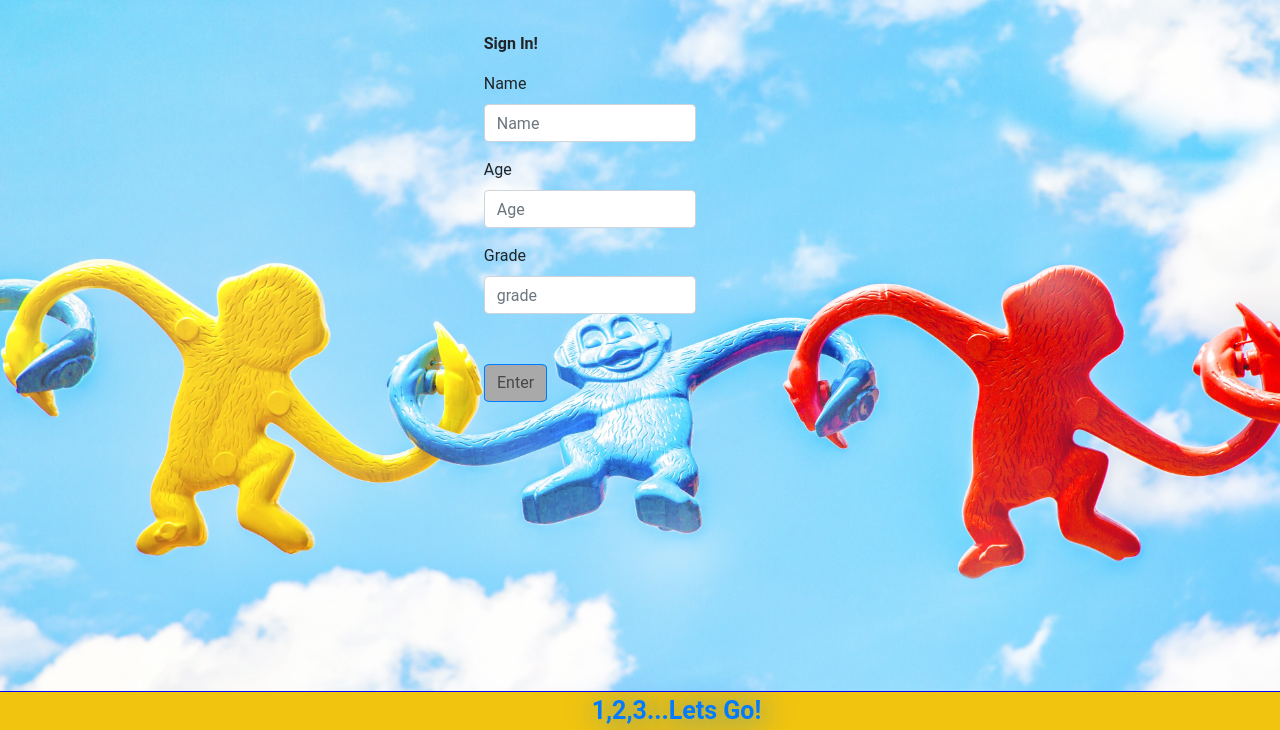
Repository: hanihassan1/Riddle-Game
Page: http://localhost/
The author's editor kept a record of every edit. The page is drawn from the files as they stood at one moment, then again after the next edit.
The browser window is 1280 px wide. The pictures show the whole page.
Some web fonts or font styles are not loaded; a fallback is used. Some web libraries are served in a nearby version. The page is served by the project's application, run on Flask 3 (run.py).

Above is the page before.

### templates/index.html
{% extends 'base.html' %}
 {% block head %}
<script src="{{ url_for('static', filename='main.js')  }}"></script>
{% endblock %}

{% block content %}



    {% with messages = get_flashed_messages() %}
    {% if messages %}
    {% for message in messages %}


<script type="text/javascript">
    window.location.href = "{{url_for('jk_sk_ans') }}" + "?username=" + localStorage.getItem("username")
</script>
    {% endfor %}
    {% endif %}
    {% endwith %}

<div class="container-fluid sect">
    <div class="row no-gutters">
<div class="col-lg-3 col-md-8 mx-auto form-edit">
            <p><b>Sign In!</b></p>

            <form method="POST" name="sentMessage" id="contactForm" novalidate>
                <div class="control-group">
                    <div class="form-group floating-label-form-group controls">
                        <label>Name</label>
                        <input name="name" onfocusout="save_name()" type="text" class="form-control" placeholder="Name" id="name" required data-validation-required-message="Please enter your name.">
                        <p class="help-block text-danger"></p>
                    </div>
                </div>

                <div class="control-group">
                    <div class="form-group col-xs-12 floating-label-form-group controls">
                        <label>Age</label>
                        <input name="age" type="age" class="form-control" placeholder="Age" id="age" required data-validation-required-message="Please enter your age.">
                        <p class="help-block text-danger"></p>
                    </div>
                </div>
                <div class="control-group">
                    <div class="form-group floating-label-form-group controls">
                        <label>Grade</label>
                        <input name="grade" type="grade" class="form-control" placeholder="grade" id="grade" required data-validation-required-message="Please enter your grade.">
                        <p class="help-block text-danger"></p>
                    </div>
                </div>
                <br>
                <div id="success"></div>
                <div class="form-group">
                    <button type="submit" class="btn btn-primary hvr-push" id="sendMessageButton1">Enter</button>
                </div>
            </form>
        </div>
        </div>
        </div>




{% endblock %}

### templates/base.html
<!DOCTYPE html>
<html lang="en">

<head>
    <meta charset="UTF-8">
    <meta name="viewport" content="width=device-width, initial-scale=1.0">
    <meta http-equiv="X-UA-Compatible" content="ie=edge">
    <meta name="description" content="">
    <meta name="author" content="">

    <title>{{title}}</title>
    <link rel="stylesheet" href="https://stackpath.bootstrapcdn.com/bootstrap/4.3.1/css/bootstrap.min.css" integrity="sha384-ggOyR0iXCbMQv3Xipma34MD+dH/1fQ784/j6cY/iJTQUOhcWr7x9JvoRxT2MZw1T" crossorigin="anonymous">
    <script src="https://code.jquery.com/jquery-3.3.1.slim.min.js" integrity="sha384-q8i/X+965DzO0rT7abK41JStQIAqVgRVzpbzo5smXKp4YfRvH+8abtTE1Pi6jizo" crossorigin="anonymous"></script>
    <script src="https://cdnjs.cloudflare.com/ajax/libs/popper.js/1.14.7/umd/popper.min.js" integrity="sha384-UO2eT0CpHqdSJQ6hJty5KVphtPhzWj9WO1clHTMGa3JDZwrnQq4sF86dIHNDz0W1" crossorigin="anonymous"></script>
    <script src="https://stackpath.bootstrapcdn.com/bootstrap/4.3.1/js/bootstrap.min.js" integrity="sha384-JjSmVgyd0p3pXB1rRibZUAYoIIy6OrQ6VrjIEaFf/nJGzIxFDsf4x0xIM+B07jRM" crossorigin="anonymous"></script>
    <link rel="stylesheet" href="https://cdnjs.cloudflare.com/ajax/libs/font-awesome/4.7.0/css/font-awesome.min.css">

<link rel="stylesheet" href="https://use.fontawesome.com/releases/v5.8.2/css/all.css" integrity="sha384-oS3vJWv+0UjzBfQzYUhtDYW+Pj2yciDJxpsK1OYPAYjqT085Qq/1cq5FLXAZQ7Ay" crossorigin="anonymous">



    <link href="{{ url_for('static', filename='css/style.css')  }}" rel="stylesheet" type="text/css">
    <link rel="stylesheet" href="https://cdnjs.cloudflare.com/ajax/libs/hover.css/2.3.1/css/hover.css" />
    {% block head %} {% endblock %}
</head>

<body>


        {% block content %} {% endblock %}

<!--/*--------------------------------------------footer*/-->
    <footer>
        <div class="container-fluid">
            <div class="row foot-edit">
                <div class="col-md-4"></div>
                <div class="col-md-4"><strong><a class="footer-name" href="{{url_for('index') }}">1,2,3...Lets Go!</a></strong></div>
                <div class="col-md-4"></div>
            </div>
        </div>
    </footer>

    <script src="{{ url_for('static', filename='main.js')  }}"></script>
</body>

</html>

### run.py
import os
from flask import Flask,render_template, request, flash, jsonify
import json
import random
import numpy



app = Flask(__name__)
app.secret_key = "its_secure"

@app.route('/', methods=["GET", "POST"])
def index():
     if request.method=="POST":
        print(request.form)
        file= open("user_info.txt", "a")
        file.write("Name:{},Age:{},Grade:{}\n"
                  .format(request.form['name'],request.form['age'],
                  request.form['grade']))
        file.close()
        flash(" Hello {}, Welcome! Let's get started. Choose a grade."
        .format(request.form['name']))
     return render_template("index.html", title = "Home Page")



@app.route('/jk_sk/', methods=["GET", "POST"])
def jk_sk_ans():
    args = request.args
    username = args['username']
    return render_template("jk_sk.html", user=username)


@app.route('/get_score/api/v1/', methods=["GET", "POST"])
def user_score():
    my_arg = request.args
    post_name = my_arg['name']
    post_score = my_arg['score']
    file_score = open("user_scores.txt", "a")
    file_score.write(post_name + "\n" + post_score + "\n")
    file_score.close()

    return jsonify("true")



@app.route('/checkans/api/v1/', methods=['GET'])
def que_ans():
    my_arg = request.args
    check_ques = my_arg['question']
    check_ans = my_arg['answer']
    check_category = my_arg['category']
    if check_category == "jk_sk":
        file_name = "data/jk_sk.json"
    if check_category == "1-2":
        file_name = "data/one_two.json"
    if check_category == "3-4":
        file_name = "data/three_four.json"
    if check_category == "5":
        file_name = "data/five.json"
    print(file_name, check_category)
    file = open(file_name, "r")
    file_data = file.read()
    file_data = json.loads(file_data)
    print(file_data)
    for items in file_data:
        if (items['question'].rstrip() == check_ques.rstrip().replace('"', '')):
            if items['answer'] == check_ans:
                return jsonify(True)
            else:
                return jsonify(False)

@app.route('/get_question/api/v1/', methods=['GET'])
def get_question():
    my_arg = request.args
    check_ans = my_arg['category']
    if check_ans == "jk_sk":
        file_name = "data/jk_sk.json"
    if check_ans == "1-2":
        file_name = "data/one_two.json"
    if check_ans == "3-4":
        file_name = "data/three_four.json"
    if check_ans == "5":
        file_name = "data/five.json"
    file = open(file_name, "r")
    all_questions = json.loads(file.read())
    random_number = random.randint(0, len(all_questions) - 1)
    ask_question = all_questions[random_number]["question"]
    return jsonify(ask_question)


@app.route('/leadership')
def leadership():
    file = open("user_scores.txt", "r")
    score_data = file.readlines()
    username = []
    score = []
    final_user_list = []
    file.close()
    for i in range(0, len(score_data)):
        if i % 2 == 0:
            username.append(score_data[i].replace('\n',''))
        else:
            score.append(int(score_data[i].replace('\n','')))
    score_index_before_sort = numpy.argsort(score)
    for index in score_index_before_sort:
        final_user_list.append(username[index])
    score = sorted(score)
    if len(score) > 10:
        score = score[-10:]
        final_user_list = final_user_list[-10:]
    return render_template("leadership.html", title = "Leadership Board Page", username =final_user_list , score = score)



@app.route('/jk_sk')
def jk_sk():
    return render_template("jk_sk.html", title = "Jk/Sk Page")


@app.route('/one_two')
def one_two():
    return render_template("one_two.html", title = "Grades: 1 / 2 Page")

@app.route('/three_four')
def three_four():
    return render_template("three_four.html", title = "Grades: 3 / 4 Page")

@app.route('/five')
def five():
    return render_template("five.html", title = "Grade: 5  Page")


@app.route('/check_answer/', methods=["GET"])
def check_answer():
    my_arg = request.args
    question = my_arg['question']
    answers = my_arg['answer']
    answer_return = ""
    with open("data/jk_sk.json", 'r') as file1:
        answer_file = json.load(file1)
    for answer in answer_file:
        print(answer)
        if answer['question'] == question:
            if answer['answer'] == answers:
                answer_return = "True"
            else:
                answer_return = "False"
    return jsonify({'result':answer_return})


if __name__ == '__main__':
    app.run(host=os.environ.get('IP'),
    port=int(os.environ.get('PORT')),
    debug=False)

### static/css/style.css
/*--------------------------------------------fonts*/
@import url('https://fonts.googleapis.com/css?family=Varela+Round:100,200,300,400,500,600,700|EXO:100,200,300,400,500,600,700');
@import url('https://fonts.googleapis.com/css?family=Cantarell:700i:100,200,300,400,500,600,700|EXO:100,200,300,400,500,600,700');
/*--------------------------------------------body & html styles*/
body {
    font-family: 'Varela Round', sans-serif;
    height: 100%;
    background-image: url(../images/park-troopers-RAtKWVlfdf4-unsplash.jpg);
    background-position: center;
    background-repeat: no-repeat;
    background-size: cover;
    font-family: 'Roboto', sans-serif;
    padding: 0;
    margin: 0;

}

.hide {
    display: none !important;
}


a {
    text-decoration: none !important;
}

html {
 scroll-behavior: smooth;
}


small {
  font-size: 12px;
  color: rgba(0, 0, 0, 0.4);
}

h1 {
  text-align: center;
  padding: 50px 0;
  font-weight: 800;
  margin: 0;
  letter-spacing: -1px;
  color: inherit;
  font-size: 40px;
}



h2 {
  text-align: center;
  font-size: 30px;
  margin: 0;
  font-weight: 300;
  color: inherit;
  padding: 50px;
}

.center {
  text-align: center;
}



section {
  height: 100vh;
}

/*--------------------------------------------index--form &logo*/
#logoOne  {
  border-radius: 15%;
  opacity: .6;
}

.game_name {
  text-align:center;
     padding-bottom: 25px;

}

.signin  {
  color:#007bff;

}


/*--------------------------------------------nav & Question card*/

@media only screen and (max-width: 480px) {
    body {
          max-width: 480px;
    }
    .card_row   {
          font-size:14px!important;
    }
}

.active {
  background-color:#F1C40F;
}


nav {
  width: 80%;
  margin: 0 auto;
  background: #fff;
  padding: 50px 0;
  box-shadow: 0px 5px 0px #dedede;
}

nav ul {
  list-style: none;
  text-align: center;
}
nav ul li {
  display: inline-block;
}
nav ul li a {
  display: block;
  padding: 15px;
  text-decoration: none;
  color: #aaa;
  font-weight: 800;
  text-transform: uppercase;
  margin: 0 10px;
}
nav ul li a,
nav ul li a:after,
nav ul li a:before {
  transition: all .5s;
}
nav ul li a:hover {
  color: #555;
}

nav.shift ul li a {
  position:relative;
  z-index: 1;
}
nav.shift ul li a:hover {
  color: #91640F;
}
nav.shift ul li a:after {
  display: block;
  position: absolute;
  top: 0;
  left: 0;
  bottom: 0;
  right: 0;
  margin: auto;
  width: 100%;
  height: 1px;
  content: '.';
  color: transparent;
  background: #F1C40F;
  visibility: none;
  opacity: 0;
  z-index: -1;
}
nav.shift ul li a:hover:after {
  opacity: 1;
  visibility: visible;
  height: 100%;
}

#nav_catog  {
  background: #f1c40f;
  color: rgba(0, 0, 0, 0.5);

}

#sendMessageButton1     {
    opacity: 9;
     background-color: #A9A9A9;
    border-radius: 10%;
    color: #484848;
}
.sect  {
      height: 96vh;

}
.form-edit  {
  padding-top:20px;

}


.form-control {

     width: 68%!important;

}
.btn {
 margin-top:10px;
}
.form-edit {
  height:75%;
   padding-top: 32px;

}


/*--------------------------------------------nav & Question card*/

@media only screen and (max-width: 1024px) {
    body {
          max-width: 10248px;
    }
    .foot-edit {
          display: none
    }
}


.footer-name {
  text-align:center;
  padding-left:150px;
  font-size:25px;
  text-shadow: 2px 2px 30px #007bff;

}


.foot-edit  {
  border-top:1px solid blue;
  background: #F1C40F
}

/*--------------------------------------------Leadership page*/

.lead-head  {
  text-align:center;
  font-size:30px;
   color:#007bff;
   font-weight: 700;
   font-family: 'Varela Round', sans-serif;
    text-decoration: underline;
}

.lead-backg {
     height: 77vh;
}


.table {
  width: 500px;
  padding-right: 10%;
  font-size:20px;
}

.lead-homebt {
 font-size:30px;
 padding-bottom:50px;

 font-family: 'Varela Round', sans-serif;

}

.newgame {
   background-color: #16D540!important;
   color:white;
}
.fas  {
  color:orange!important;
  font-size:40px;
}
.fa-medal  {
  font-size:20px!important;
}

.winner  {
  color:#16D540;
}

### static/main.js
$("#incorrect").on("click", function() {
    // $(".prog-result").html("");
    $('#incorrect').trigger('focus')
    $("ul").html("");
    $("#progress").addClass("hide");
    totaLtime = 0;
});

function save_name(){
    username = $("#name").val();
    localStorage.setItem("username", username)
}


var inputs = $("form#contactForm input, form#contactForm textarea");

var validateInputs = function validateInputs(inputs) {
  var validForm = true;
  inputs.each(function(index) {
    var input = $(this);
    if (!input.val() || (input.type === "grade" && !input.is(':checked'))) {
      $("#sendMessageButton1").attr("disabled", "disabled");
      validForm = false;
    }
  });
  return validForm;
}


inputs.each(function() {
  var input = $(this);
  if (input.type === "grade") {
    input.change(function() {
      if (validateInputs(inputs)) {
        $("#sendMessageButton1").removeAttr("disabled");
      }
    });
  } else {
    input.keyup(function() {
      if (validateInputs(inputs)) {
        $("#sendMessageButton1").removeAttr("disabled");
      }
    });
  }
});





















// function req_data(answers) {
//   var xhttp = new XMLHttpRequest();
//   xhttp.onreadystatechange = function() {
//     if (this.readyState == 4 && this.status == 200) {
//       document.getElementById("answer").innerHTML = this.responseText;
//       myResponse = JSON.parse(this.responseText);
//         if ((myResponse.results) == True) {
//     }
//     else {
//       return false
//     }
//   };
//   xhttp.open("GET", "{{url_for('get_question') }}" + "?question=" + "answers" + answers  , true);
//   xhttp.send();
// }
// }


// $("#answerId").on("click", function() {

//     req_data($("#answer_box").val());

// });

After the next edit:
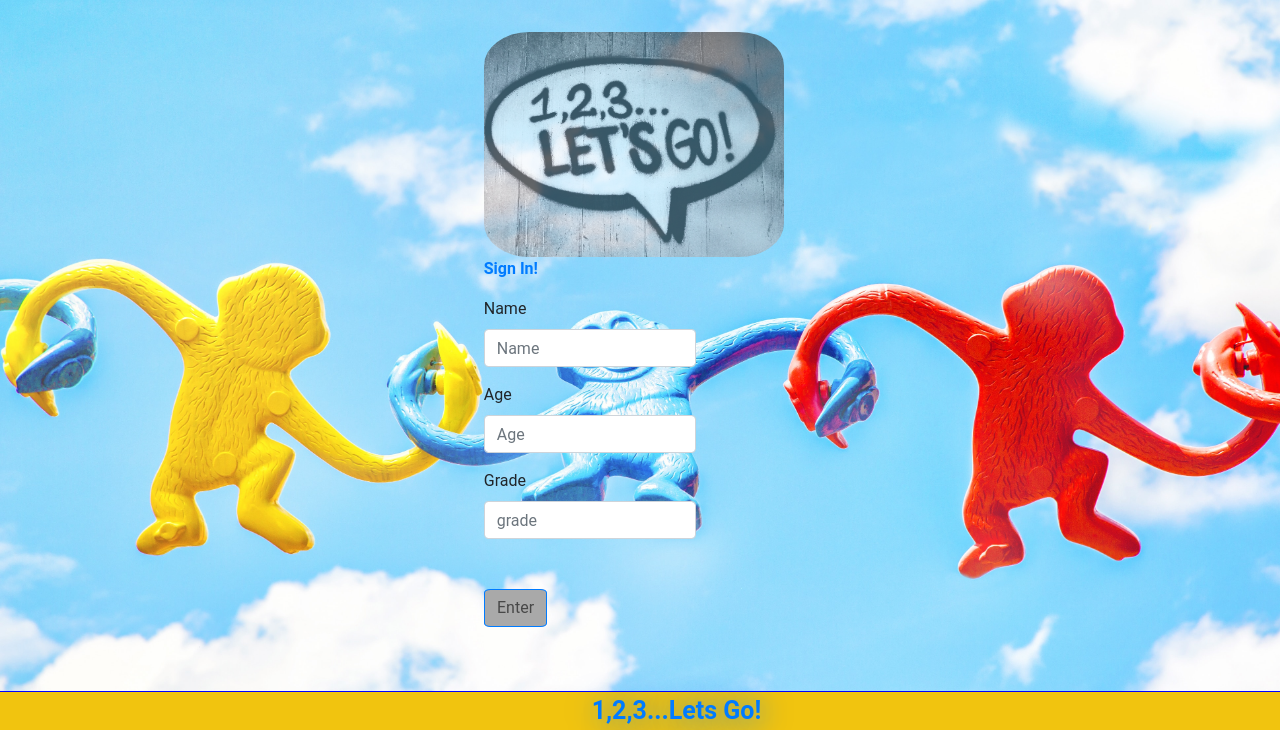
The edit:
--- a/templates/index.html
+++ b/templates/index.html
@@ -22,7 +22,8 @@
 <div class="container-fluid sect">
     <div class="row no-gutters">
 <div class="col-lg-3 col-md-8 mx-auto form-edit">
-            <p><b>Sign In!</b></p>
+     <img id="logoOne" src="/static/images/main-logo.jpg">
+            <p><b class="signin">Sign In!</b></p>
 
             <form method="POST" name="sentMessage" id="contactForm" novalidate>
                 <div class="control-group">
